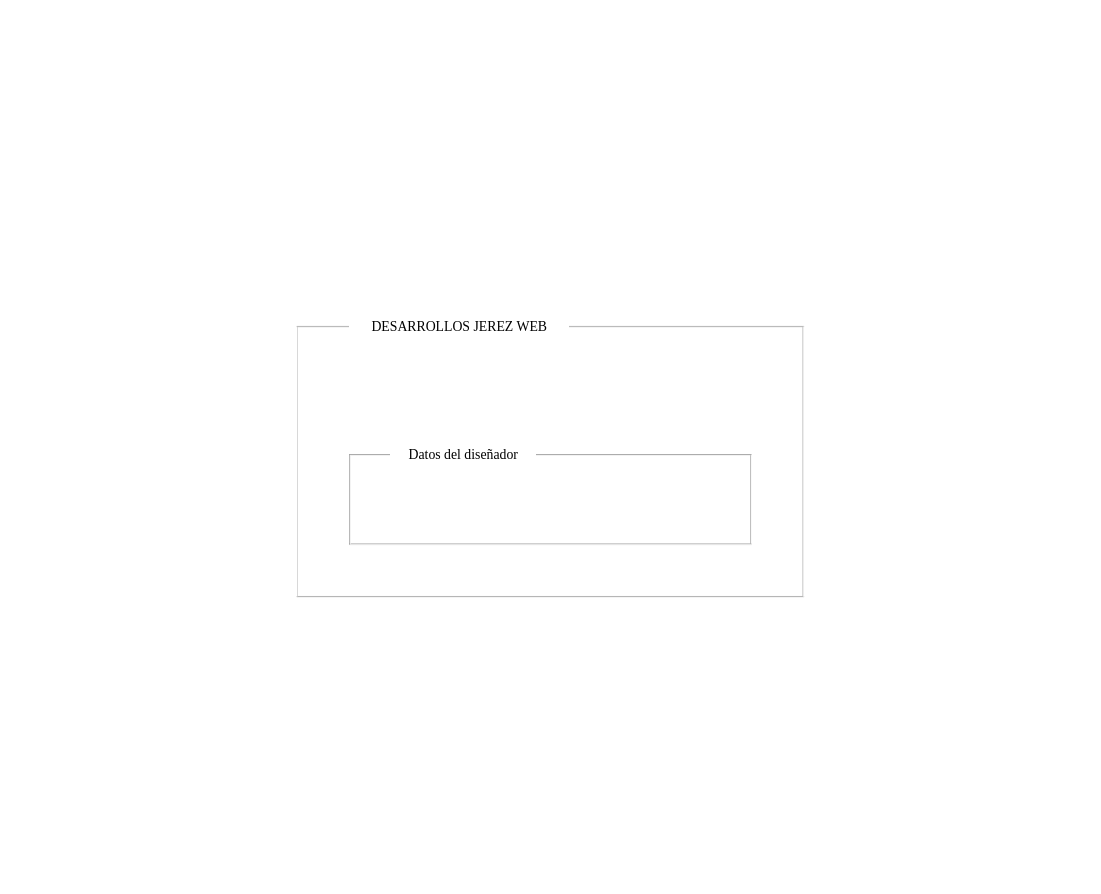
Repository: iSaan86/EV_Practica_FormularioCSS
Page: index.html
These files come from the project's save history. The page is drawn as it stood at one moment and after the next save; the edit follows.
The browser window is 1280 px wide. The pictures show the whole page, at 86% of full size.

Above is the page before, as saved 2024-01-11 16:28:32.

After the next save:
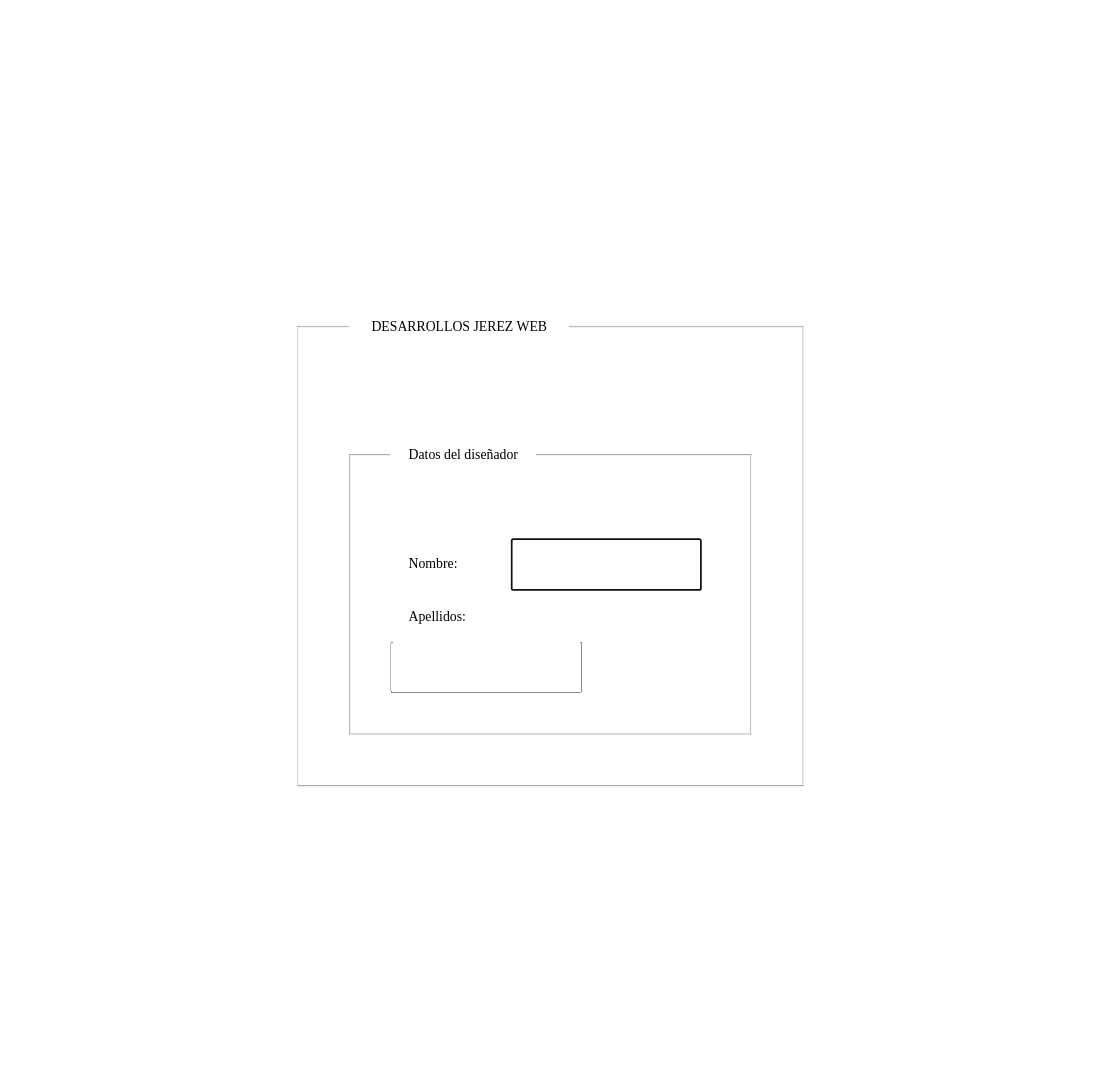
Saved 106 s later.
--- a/index.html
+++ b/index.html
@@ -19,7 +19,8 @@
         <fieldset>
             <legend class="datos">DESARROLLOS JEREZ WEB</legend>
             <fieldset><legend class="datos">Datos del diseñador</legend>
-
+                <label for="nombre">Nombre:</label><input autofocus type="text" id="nombre" name="nombre" alt="indique su nombre"><br>
+                <label for="apellido1">Apellidos:</label><input type="text" id="apellidos" name="apellidos" alt="indique sus apellidos"><br>
 
 
             </fieldset>
